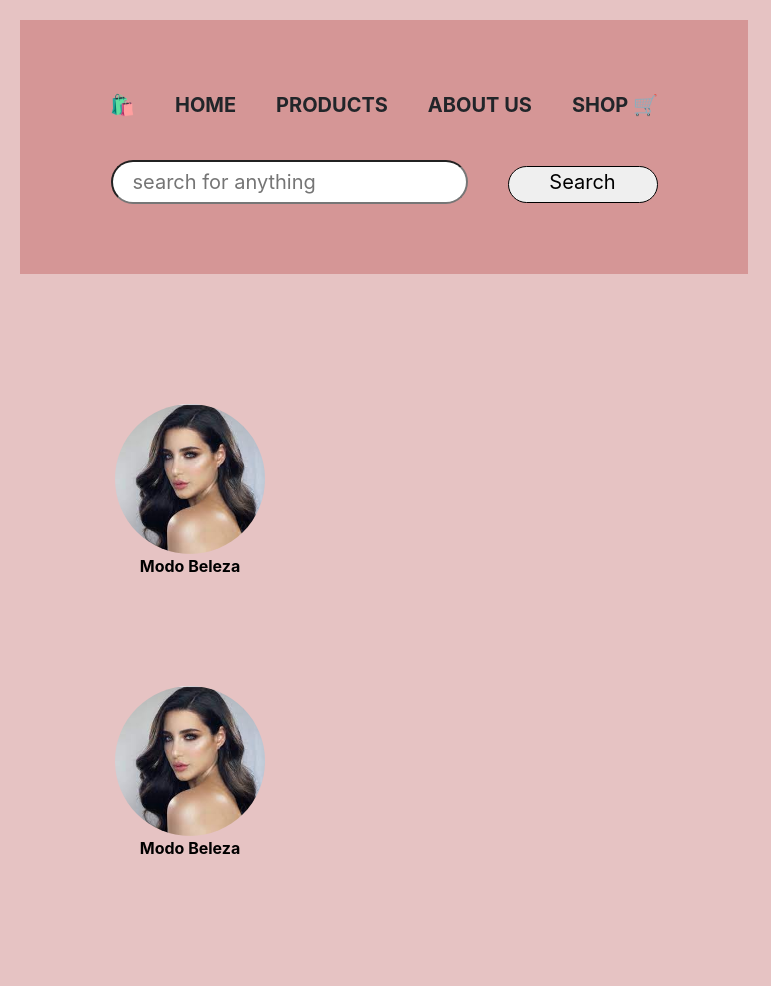
Repository: thf4/Project-Shop
Page: /
The author's editor kept a copy of each file at every save. The page is drawn from the files as they stood at one save, then again after the next save.
The browser window is 768 px wide. The page is 771 px wide, so the pictures cover 771 px, including what lies to the right of the window. The pictures show the whole page.
The project was rebuilt for these pictures with package versions that can differ from the ones it lists, and the page was loaded fresh each time.

Above is the page before, as saved 2021-04-22 14:37:40.

### src/index.js
import React from 'react';
import ReactDOM from 'react-dom';
import 'bootstrap/dist/css/bootstrap.min.css';
import App from './App'
import Exemplo from './Exemplo'

ReactDOM.render(
  <React.StrictMode>
   <App />
   <Exemplo />
  </React.StrictMode>,
  document.getElementById('root')
);

### src/App.js
/* eslint-disable jsx-a11y/anchor-is-valid */
import "./App.css";

function App() {
  return (
    <div className="App">
      <header className="App-header">
        <ul id="Lista">
          <li>🛍</li>
          <li> HOME </li>
          <li> PRODUCTS </li>
          <li> ABOUT US</li>
          <li> SHOP 🛒</li>
          <li>
            <input
              type="text"
              id="area-find"
              placeholder="search for anything"
            />
          </li>
          <li>
            <button id="button" for="input">
              Search
            </button>
          </li>
        </ul>

      </header>
    </div>
  );
}

export default App;

### src/Exemplo.js
/* eslint-disable jsx-a11y/anchor-is-valid */
import "./Exemplo.css";

function Exemplo(props) {

  return(
    <section  className="list">

    <NovaFoto />
    <NovaFoto />
    </section>
  )
}

function NovaFoto() {
  return (
    <div className="foto-banner">
      <figure >
        <a href="#">
          <picture>
            <img
              className="foto"
              alt="Beleza"
              src="data:[embedded picture, 8015 characters]"
            />
          </picture>
          <figcaption>
            <a href="#" className="link">
              Modo Beleza
            </a>
          </figcaption>
        </a>
      </figure>
    </div>
  );
}

export default Exemplo;

### src/App.css
*{
  margin:0;
  padding:0;
  box-sizing: border-box;
}



.App{
  width: 100%;
  height: auto;
  padding: 20px;
}
body{
  background:#a0171741;
}


#Lista{
  list-style-type: none;
  margin: 0;

  font-weight: bold;
  text-align: center;
  padding: 50px 50px;
}
li{
 display: inline-block;
 font-size: 20px;
 padding: 20px;

}
li:hover{
  color: rgb(209, 9, 59);
}
#button{
  border-radius: 30px;
  border-style: groove;
  border-width: 1px;
  height: 35px;
  width: 150px;
  padding-bottom:35px;
}

#area-find{
  padding:20px;
  border-radius: 50px;
  height: 40px;
  width: 100%;
}
#button:hover{
  border-style: hidden;
}
.App-header{

  background-color: #a0171741;
}

### src/Exemplo.css
.foto-banner{
width:180px;
padding: 10px;
border-radius: 20px;
margin: 20px;
text-align: center;


}
.foto{
  width: 150px;
  border-radius: 120px;
  border-style: hidden  ;

}
.link{
  font-weight: bold;
  color: black;
}
.foto-banner:hover{

border: solid 1px black;


}
.list{
  width: 90vw;
  max-width: 940px;
  margin: 5rem;
  display: grid;
  gap: 2rem;
}
@media screen and (max-width: 768px) {
.foto-banner {
  grid-template-columns: repeat(3,1fr);
}


}

Loaded but not shown: public/index.html (common file)

After the next save:
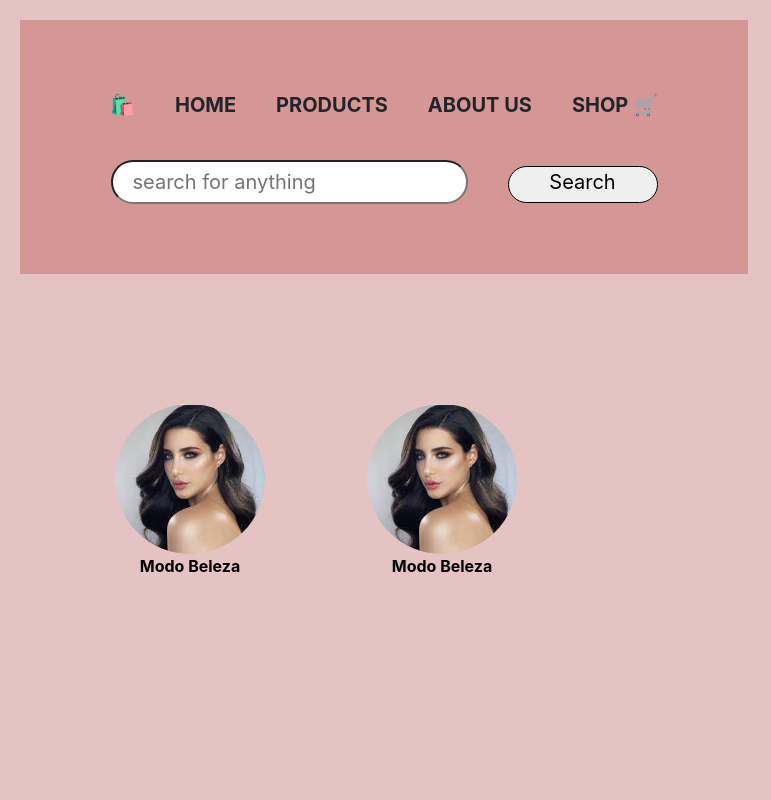
Saved 42 s later.
--- a/src/Exemplo.css
+++ b/src/Exemplo.css
@@ -31,7 +31,7 @@ border: solid 1px black;
   gap: 2rem;
 }
 @media screen and (max-width: 768px) {
-.foto-banner {
+.list {
   grid-template-columns: repeat(3,1fr);
 }
 
